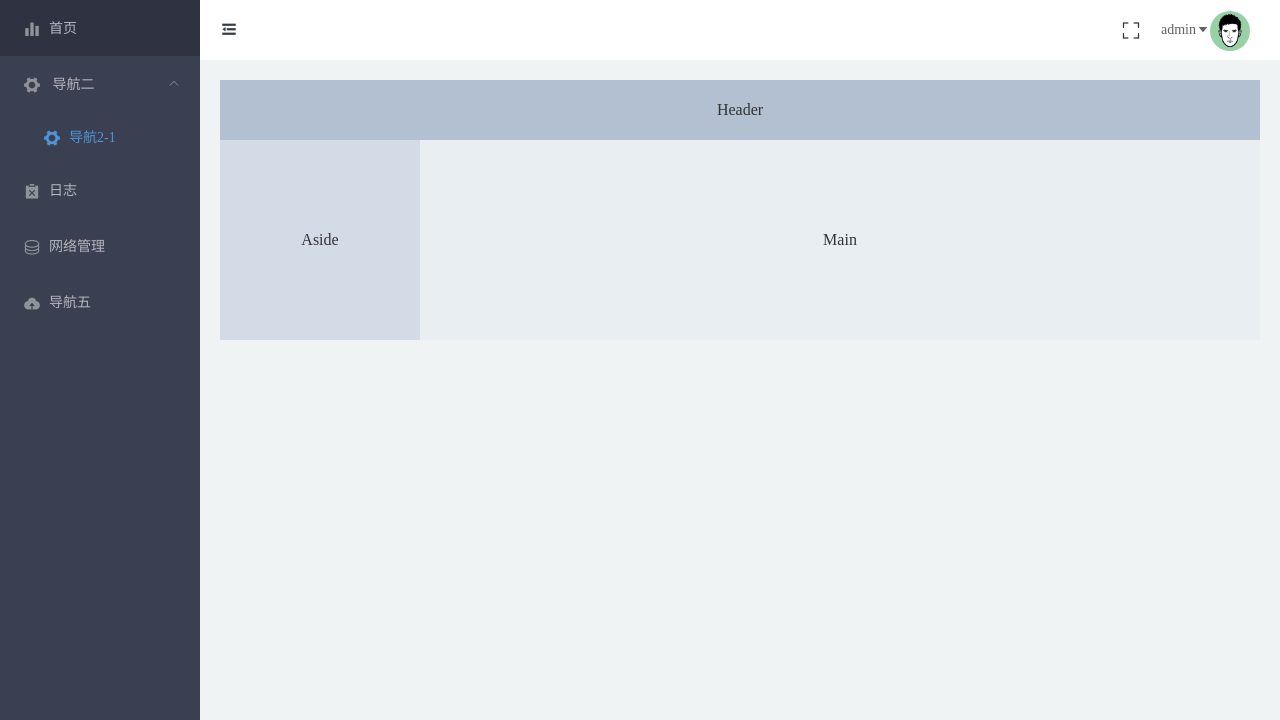
Repository: TomGodb/dazoo-admin
Page: /#/dashbord/aaa
These files come from the project's save history. The page is drawn as it stood at one moment and after the next save; the edit follows.
The browser window is 1280 px wide. The pictures show the whole page.
The project was rebuilt for these pictures with package versions that can differ from the ones it lists, and the page was loaded fresh each time. Also part of the build but not shown: vue.config.js, src/components/SlideVerify/index.vue, src/utils/request.js, src/views/login/http.js, src/views/login/index.vue.

Above is the page before, as saved 2021-01-23 10:33:20.

After the next save:
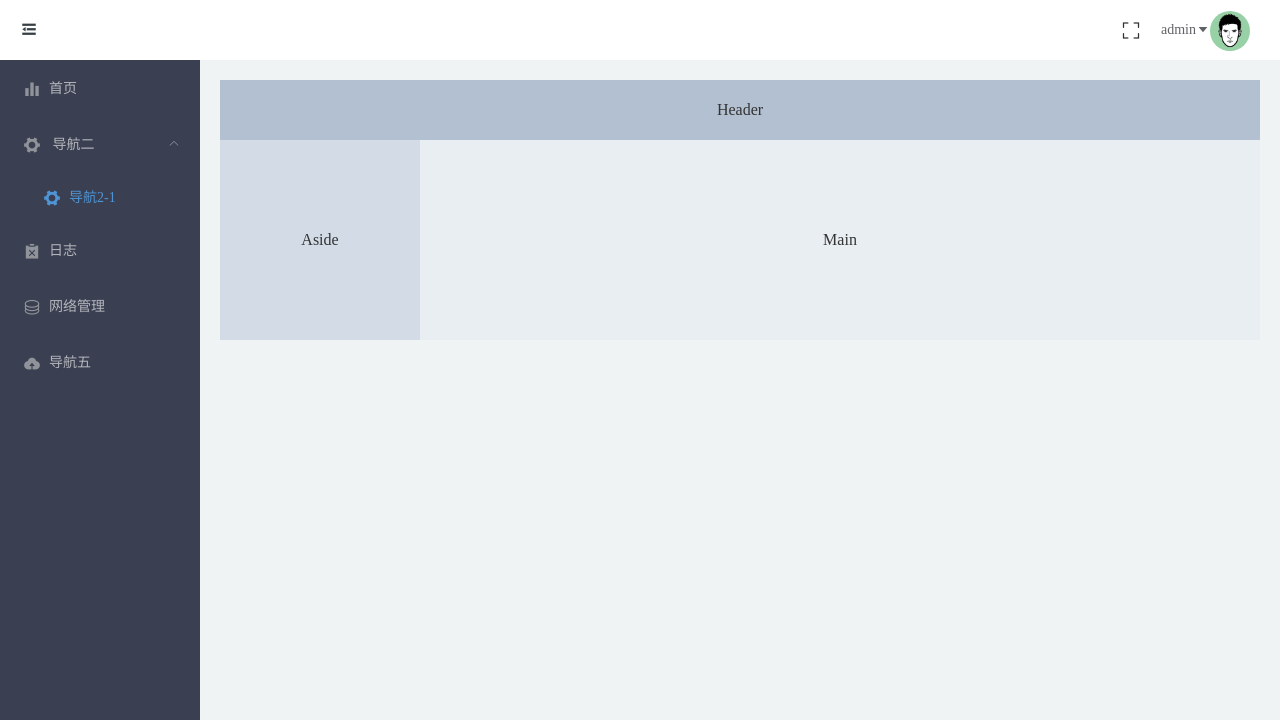
Saved 84 s later.
--- a/src/Home/index.vue
+++ b/src/Home/index.vue
@@ -1,6 +1,29 @@
 <template>
   <div class="home-container">
-    <el-container>
+     <el-container>
+  <el-header> <m-header></m-header></el-header>
+  <el-container>
+   <el-aside :width="opened ? '64px' : '200px'">
+        <el-menu
+          :default-active="activeMenu"
+          class="el-menu-vertical-demo"
+          background-color="#3a3f51"
+          text-color="#b5b6bd"
+          active-text-color="rgb(79, 148, 212)"
+          mode="vertical"
+          :collapse-transition="false"
+          router
+          :collapse="opened"
+        >
+          <NavMenu :navMenus="menuData"></NavMenu>
+        </el-menu>
+      </el-aside>
+    <el-main> <transition name="fade-page" mode="out-in">
+            <router-view></router-view>
+          </transition></el-main>
+  </el-container>
+</el-container>
+    <!-- <el-container>
       <el-aside :width="opened ? '64px' : '200px'">
         <el-menu
           :default-active="activeMenu"
@@ -27,7 +50,7 @@
           </transition>
         </el-main>
       </el-container>
-    </el-container>
+    </el-container> -->
   </div>
 </template>
 
